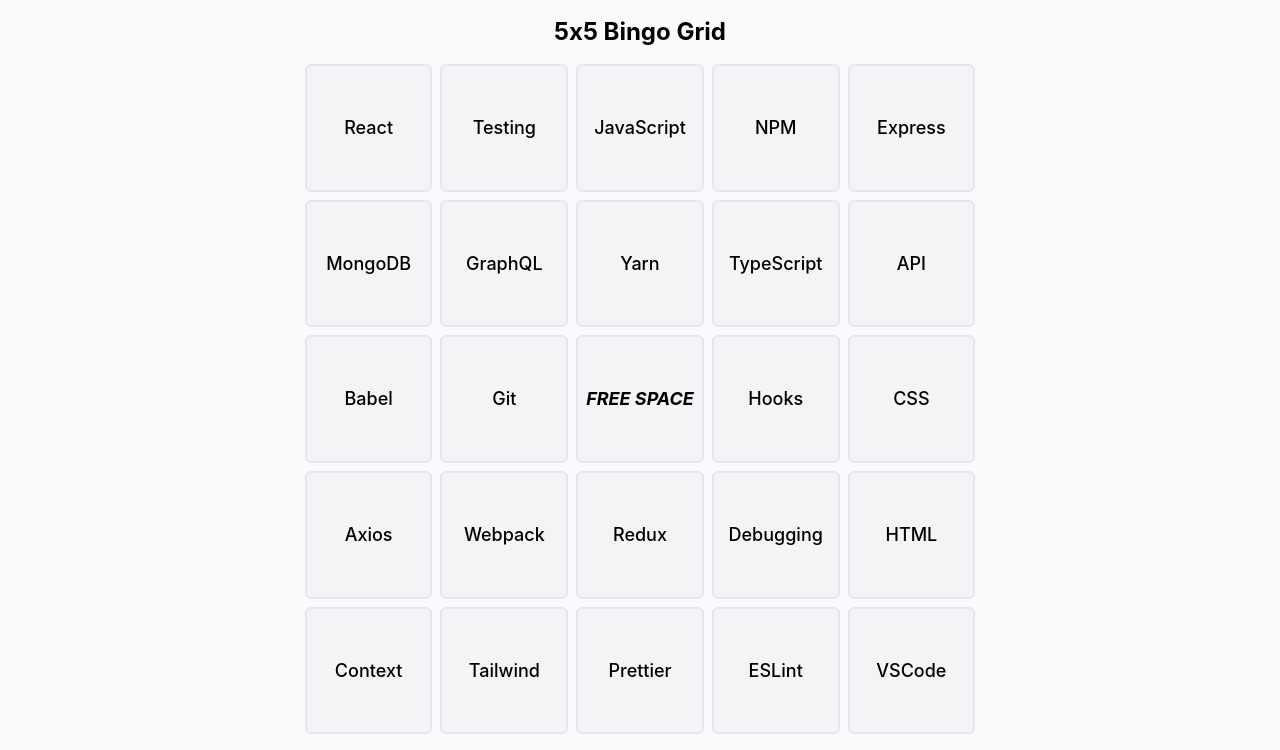
Repository: yassirbn/football-bingo
Page: /
An editor plug-in stored every save of this project. The page is shown before and after the next save, followed by the edit.
The browser window is 1280 px wide. The pictures show the whole page.
The project was rebuilt for these pictures with package versions that can differ from the ones it lists, and the page was loaded fresh each time.

Above is the page before, as saved 2024-11-26 13:09:55.

### src/App.js
import React from "react";
import BingoGrid from "./component/BingoGrid/BingoGrid";


const App = () => {
  const words = [
    "React", "JavaScript", "CSS", "HTML", "Tailwind",
    "Redux", "API", "NodeJS", "Express", "MongoDB",
    "GraphQL", "TypeScript", "Hooks", "Context", "Webpack",
    "Babel", "Git", "NPM", "Yarn", "ESLint",
    "Prettier", "Testing", "Axios", "VSCode", "Debugging"
  ];

  return (
    <div className="min-h-screen bg-gray-50 flex items-center justify-center">
      <BingoGrid words={words} />
    </div>
  );
};

export default App;

### src/component/BingoGrid/BingoGrid.js
import React, { useState, useEffect } from "react";

const BingoGrid = ({ words }) => {
  const gridSize = 5; // 5x5 grid
  const totalCells = gridSize * gridSize;

  // Shuffle words only once and store in state
  const initializeGrid = () => {
    const shuffledWords = [...words].sort(() => 0.5 - Math.random()).slice(0, totalCells);

    // Fill with placeholders if not enough words
    while (shuffledWords.length < totalCells) {
      shuffledWords.push("PLACEHOLDER");
    }

    // Replace the center cell with "FREE SPACE"
    const centerIndex = Math.floor(totalCells / 2);
    shuffledWords[centerIndex] = "FREE SPACE";

    return shuffledWords;
  };

  const [gridWords, setGridWords] = useState(initializeGrid);
  const [selectedCells, setSelectedCells] = useState(Array(totalCells).fill(false));

  // Handle cell click
  const handleCellClick = (index) => {
    if (!selectedCells[index]) {
      const updatedSelection = [...selectedCells];
      updatedSelection[index] = true;
      setSelectedCells(updatedSelection);

      // Check for Bingo
      checkForBingo(updatedSelection);
    }
  };

  // Check for Bingo
  const checkForBingo = (selected) => {
    const checkLine = (line) => line.every((index) => selected[index]);

    // Generate all rows, columns, and diagonals
    const rows = Array.from({ length: gridSize }, (_, i) =>
      Array.from({ length: gridSize }, (_, j) => i * gridSize + j)
    );
    const cols = Array.from({ length: gridSize }, (_, i) =>
      Array.from({ length: gridSize }, (_, j) => j * gridSize + i)
    );
    const diagonal1 = Array.from({ length: gridSize }, (_, i) => i * gridSize + i);
    const diagonal2 = Array.from({ length: gridSize }, (_, i) => (i + 1) * gridSize - (i + 1));

    const lines = [...rows, ...cols, diagonal1, diagonal2];

    if (lines.some(checkLine)) {
      alert("Bingo!");
    }
  };

  return (
    <div className="p-4">
      <h1 className="text-center text-2xl font-bold mb-4">5x5 Bingo Grid</h1>
      <div
        className="grid gap-2"
        style={{
          gridTemplateColumns: `repeat(${gridSize}, minmax(50px, 1fr))`,
        }}
      >
        {gridWords.map((word, index) => (
          <div
            key={index}
            className={`flex items-center justify-center border-2 rounded-md bg-gray-100 text-center font-medium aspect-square p-2
              ${selectedCells[index] ? "bg-blue-300 text-white" : "hover:bg-blue-200 cursor-pointer"}
            `}
            onClick={() => handleCellClick(index)}
          >
            <span
              className={`break-words text-xs sm:text-sm md:text-base lg:text-lg ${
                word === "FREE SPACE" ? "font-bold italic" : ""
              }`}
            >
              {word}
            </span>
          </div>
        ))}
      </div>
    </div>
  );
};

export default BingoGrid;

Loaded but not shown: public/index.html (common file); src/index.js (common file); src/index.css (common file); src/reportWebVitals.js (common file); tailwind.config.js (common file)

After the next save:
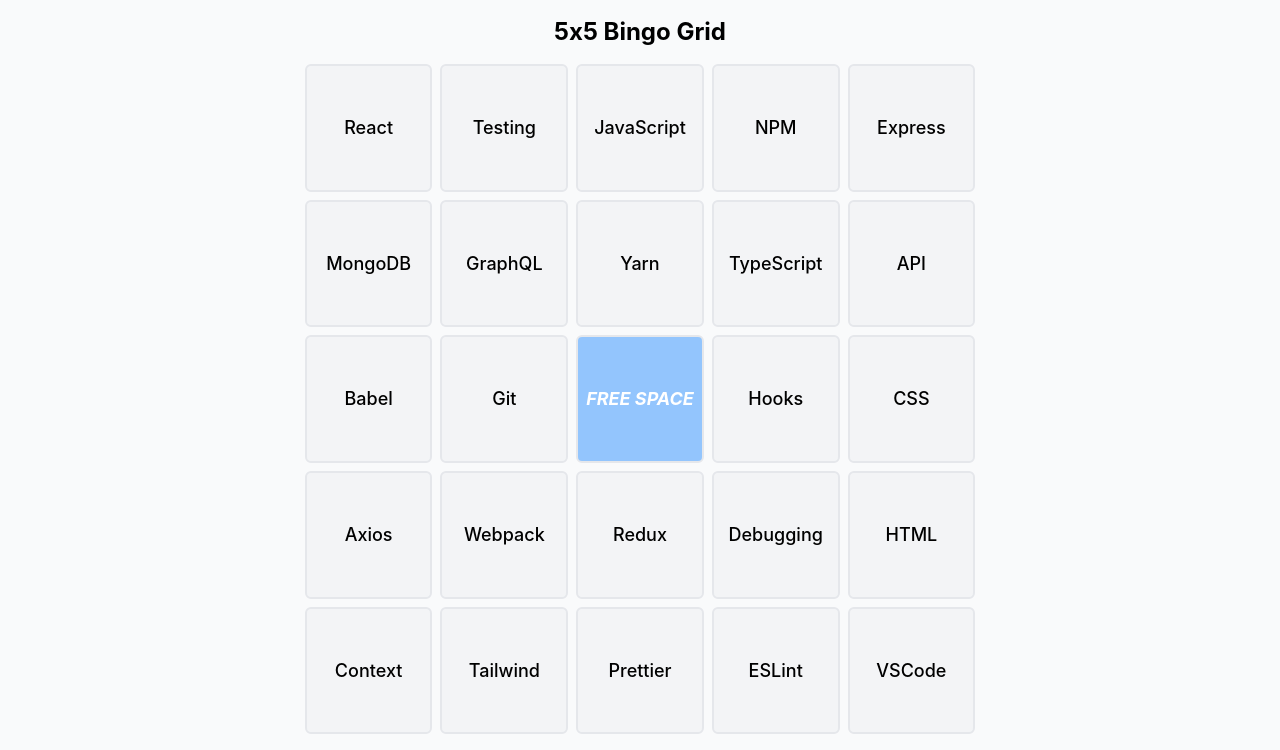
Saved 3 min 24 s later.
--- a/src/component/BingoGrid/BingoGrid.js
+++ b/src/component/BingoGrid/BingoGrid.js
@@ -1,4 +1,4 @@
-import React, { useState, useEffect } from "react";
+import React, { useState } from "react";
 
 const BingoGrid = ({ words }) => {
   const gridSize = 5; // 5x5 grid
@@ -20,19 +20,21 @@ const BingoGrid = ({ words }) => {
     return shuffledWords;
   };
 
-  const [gridWords, setGridWords] = useState(initializeGrid);
-  const [selectedCells, setSelectedCells] = useState(Array(totalCells).fill(false));
+  const [gridWords] = useState(initializeGrid);
+  const [selectedCells, setSelectedCells] = useState(
+    Array(totalCells).fill(false).map((_, i) => i === Math.floor(totalCells / 2)) // Center (FREE SPACE) is pre-selected
+  );
 
   // Handle cell click
   const handleCellClick = (index) => {
-    if (!selectedCells[index]) {
-      const updatedSelection = [...selectedCells];
-      updatedSelection[index] = true;
-      setSelectedCells(updatedSelection);
+    if (gridWords[index] === "FREE SPACE" || selectedCells[index]) return; // Ignore clicks on FREE SPACE or already selected cells
 
-      // Check for Bingo
-      checkForBingo(updatedSelection);
-    }
+    const updatedSelection = [...selectedCells];
+    updatedSelection[index] = true;
+    setSelectedCells(updatedSelection);
+
+    // Check for Bingo
+    checkForBingo(updatedSelection);
   };
 
   // Check for Bingo
@@ -68,8 +70,12 @@ const BingoGrid = ({ words }) => {
         {gridWords.map((word, index) => (
           <div
             key={index}
-            className={`flex items-center justify-center border-2 rounded-md bg-gray-100 text-center font-medium aspect-square p-2
-              ${selectedCells[index] ? "bg-blue-300 text-white" : "hover:bg-blue-200 cursor-pointer"}
+            className={`flex items-center justify-center border-2 rounded-md text-center font-medium aspect-square p-2
+              ${
+                selectedCells[index]
+                  ? "bg-blue-300 text-white"
+                  : "bg-gray-100 hover:bg-blue-200 cursor-pointer"
+              } ${word === "FREE SPACE" ? "cursor-default" : ""}
             `}
             onClick={() => handleCellClick(index)}
           >
